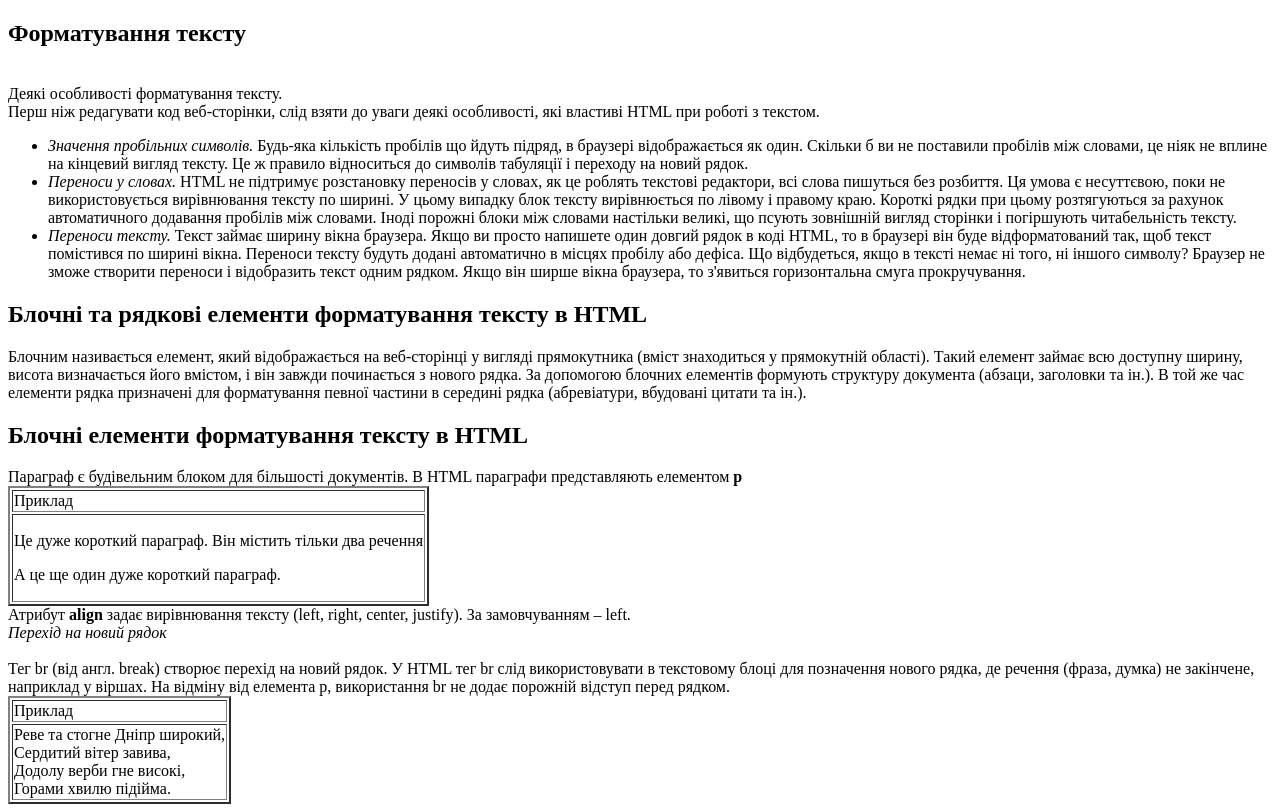
Repository: KseniaMakara/Web
Page: Web/directory.html
The author's editor kept a copy of each file at every save. The page is drawn from the files as they stood at one save, then again after the next save.
The browser window is 1280 px wide. The pictures show the whole page.

Above is the page before, as saved 2021-02-15 16:46:20.

### Web/directory.html

    <!doctype HTML>
    <html>
        <head>
           <title>First HTML</title>
        </head>
    <body>
        <h2>Форматування тексту </h2>
        <br>Деякі особливості форматування тексту.</br>
        Перш ніж редагувати код веб-сторінки, слід взяти до уваги деякі
        особливості, які властиві HTML при роботі з текстом.
        <ul>
        <li><dfn>Значення пробільних символів.</dfn> Будь-яка кількість пробілів що йдуть
        підряд, в браузері відображається як один. Скільки б ви не поставили пробілів
        між словами, це ніяк не вплине на кінцевий вигляд тексту. Це ж правило
        відноситься до символів табуляції і переходу на новий рядок.</li>
        <li><dfn>Переноси у словах.</dfn> HTML не підтримує розстановку переносів у
        словах, як це роблять текстові редактори, всі слова пишуться без розбиття. Ця
        умова є несуттєвою, поки не використовується вирівнювання тексту по ширині.
        У цьому випадку блок тексту вирівнюється по лівому і правому краю. Короткі
        рядки при цьому розтягуються за рахунок автоматичного додавання пробілів між
        словами. Іноді порожні блоки між словами настільки великі, що псують
        зовнішній вигляд сторінки і погіршують читабельність тексту.</li>
        <li><dfn>Переноси тексту. </dfn> Текст займає ширину вікна браузера. Якщо ви
        просто напишете один довгий рядок в коді HTML, то в браузері він буде
        відформатований так, щоб текст помістився по ширині вікна. Переноси тексту
        будуть додані автоматично в місцях пробілу або дефіса. Що відбудеться, якщо в
        тексті немає ні того, ні іншого символу? Браузер не зможе створити переноси і
        відобразить текст одним рядком. Якщо він ширше вікна браузера, то з'явиться
        горизонтальна смуга прокручування.</li>
        </ul>
        <h2><strong>Блочні та рядкові елементи форматування тексту в HTML</strong></h2>
        Блочним називається елемент, який відображається на веб-сторінці у вигляді
        прямокутника (вміст знаходиться у прямокутній області). Такий елемент займає
        всю доступну ширину, висота визначається його вмістом, і він завжди
        починається з нового рядка. За допомогою блочних елементів формують
        структуру документа (абзаци, заголовки та ін.). В той же час елементи рядка
        призначені для форматування певної частини в середині рядка (абревіатури,
        вбудовані цитати та ін.).
        <h2>Блочні елементи форматування тексту в HTML</h2>
        Параграф є будівельним блоком для більшості документів. В HTML
        параграфи представляють елементом <strong>p</strong>
        <table border = "2px">
            <tr>
                <td> Приклад </td>

            </tr>
            <tr>
                <td> <p>Це дуже короткий
                    параграф. Він містить тільки
                    два речення </p>
                    <p>А це ще один дуже
                    короткий параграф. </p></td>
            </tr>

        </table>
Атрибут <strong>align</strong> задає вирівнювання тексту (left, right, center,
justify). За замовчуванням – left.
<br><dfn>Перехід на новий рядок</dfn></br>

<br> Тег br (від англ. break) створює перехід на новий рядок. У HTML тег
br слід використовувати в текстовому блоці для позначення нового рядка, де
речення (фраза, думка) не закінчене, наприклад у віршах.
На відміну від елемента p, використання br не додає порожній відступ
перед рядком.
</br>
<table border = "2px">
    <tr>
        <td> Приклад </td>

    </tr>
    <tr>
        <td> Реве та стогне Дніпр широкий, <br/>
            Сердитий вітер завива,<br>
            Додолу верби гне високі,<br>
            Горами хвилю підійма.<br></td>
    </tr>
</table>






</body>
    </html>

After the next save:
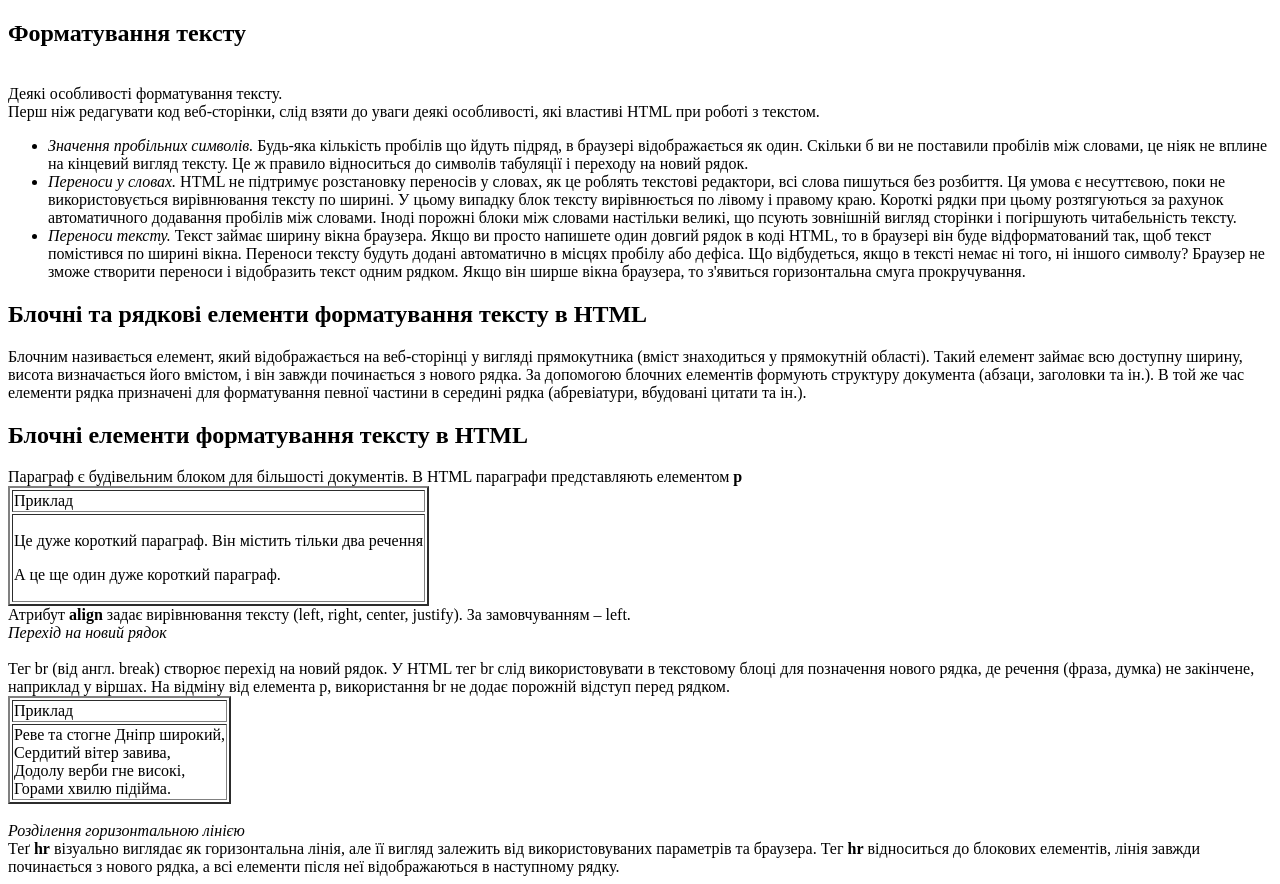
Saved 2 min 28 s later.
--- a/Web/directory.html
+++ b/Web/directory.html
@@ -76,7 +76,11 @@ br слід використовувати в текстовому блоці д
             Горами хвилю підійма.<br></td>
     </tr>
 </table>
-
+<br> <dfn> Розділення горизонтальною лінією</dfn></br>
+Теґ <strong>hr</strong> візуально виглядає як горизонтальна лінія, але її вигляд залежить
+від використовуваних параметрів та браузера. Тег <strong>hr</strong> відноситься до блокових
+елементів, лінія завжди починається з нового рядка, а всі елементи після неї
+відображаються в наступному рядку.
 
 
 
